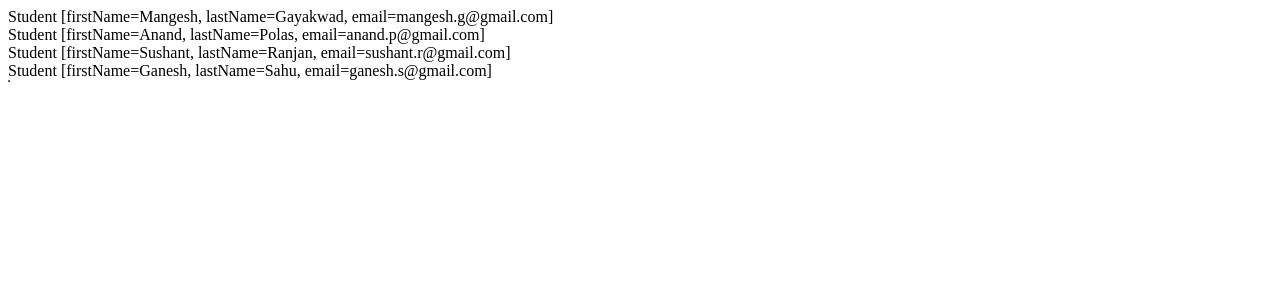
Repository: mangeshgayakwad2020/jsp_servlet
Page: http://localhost/ServletDemo/StudentMvcDemoServlet
An editor plug-in stored every save of this project. The page is shown before and after the next save, followed by the edit.
The browser window is 1280 px wide. The pictures show the whole page.
The page is served by Tomcat 9.

Above is the page before, as saved 2019-08-22 03:12:53.

After the next save:
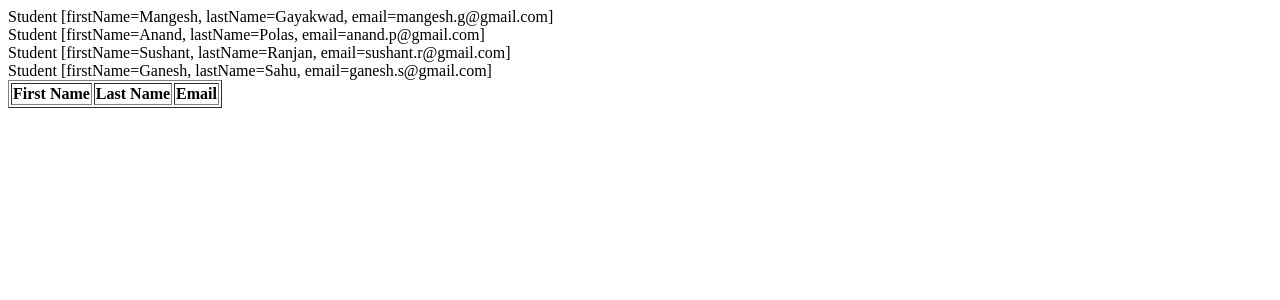
Saved 69 s later.
--- a/ServletDemo/WebContent/mvc_view_students.jsp
+++ b/ServletDemo/WebContent/mvc_view_students.jsp
@@ -7,6 +7,12 @@
 <body>
 
 	<table border="1">
+
+		<tr>
+			<th>First Name</th>
+			<th>Last Name</th>
+			<th>Email</th>
+		</tr>
 
 		<c:forEach var="student" items="${student_list}" >
 
